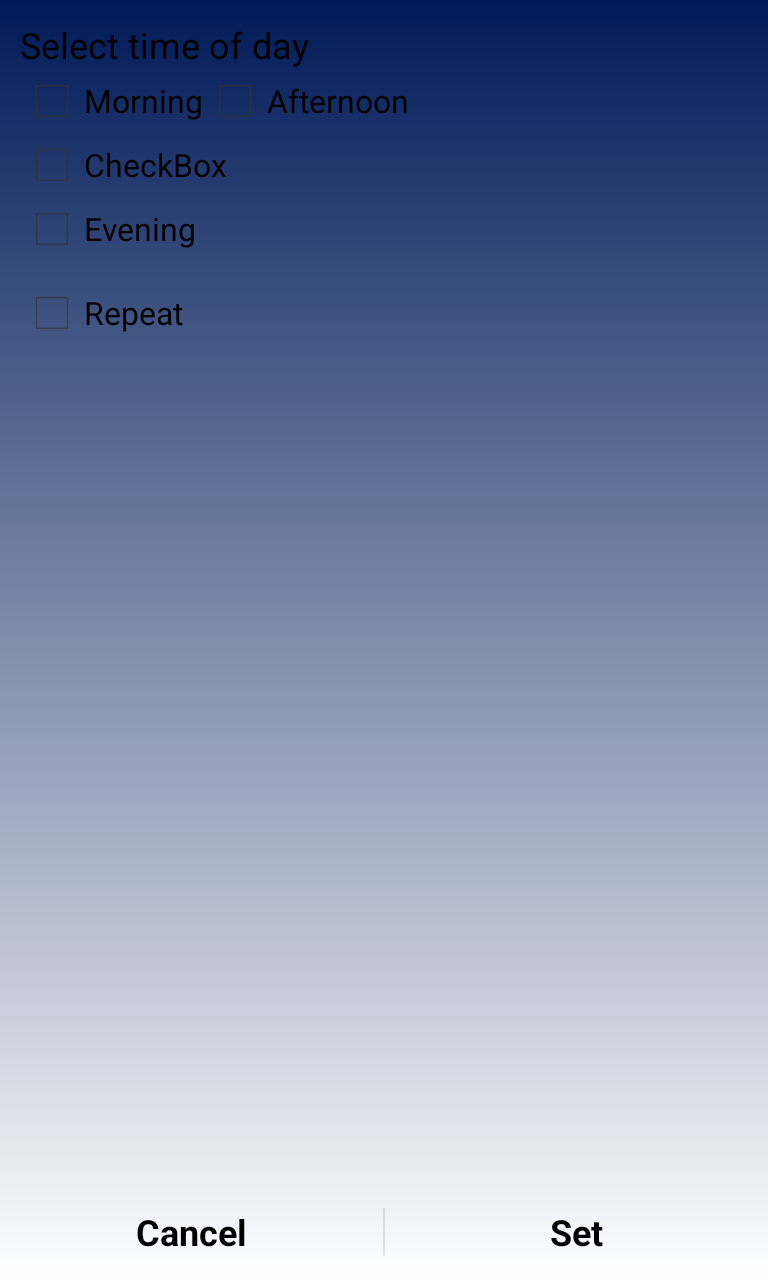
Repository: duke-compsci408-fall2014/GlassRx
Layout: AndroidRx/res/layout/fragment_new_prescription.xml
These files come from the project's save history. The layout is drawn as it stood at one moment and after the next save; the edit follows.
It is drawn on a 768 x 1280 px phone screen (xhdpi) without system bars, with theme AppTheme; the app's code is not run. The app's manifest (not shown) leaves right-to-left support off. So textAlignment, textDirection and layoutDirection are ignored, and left and right values win over start and end ones.

Above is the layout before, as saved 2014-12-10 17:43:09.

After the next save:
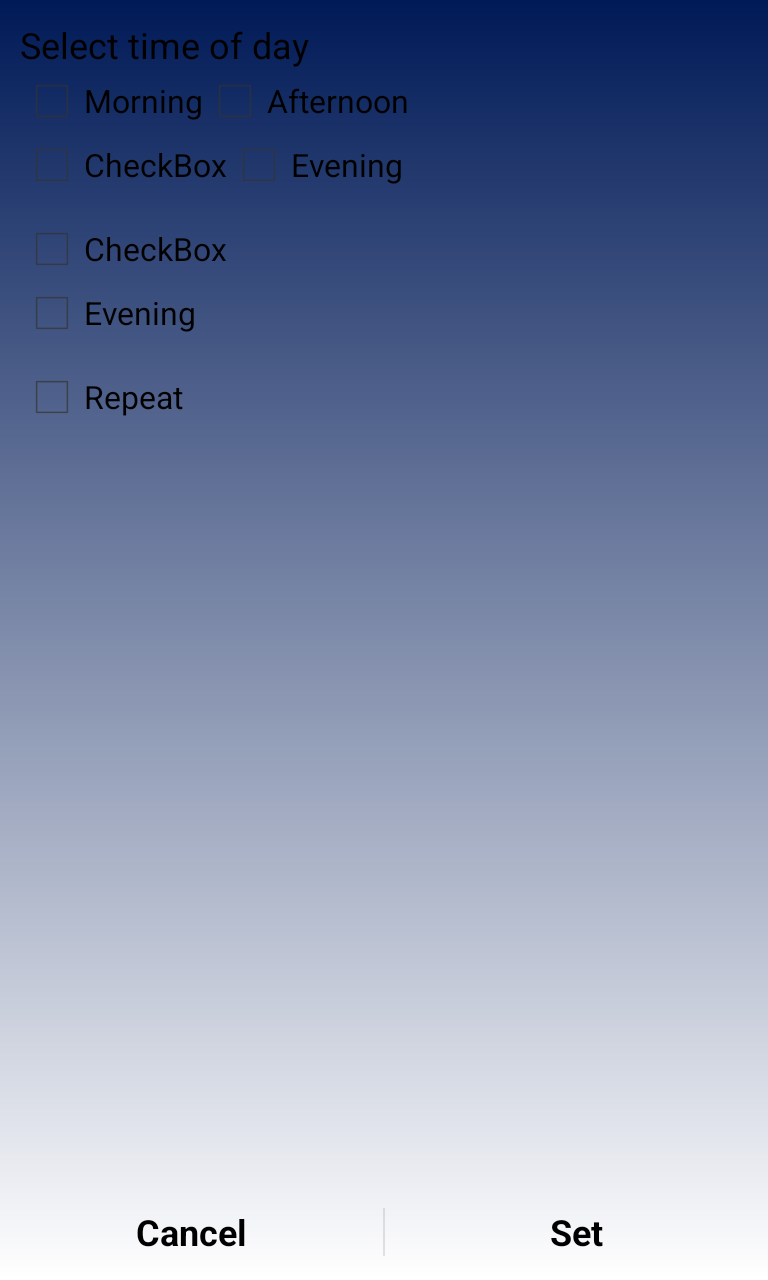
Saved 70 s later.
--- a/AndroidRx/res/layout/fragment_new_prescription.xml
+++ b/AndroidRx/res/layout/fragment_new_prescription.xml
@@ -29,10 +29,10 @@
 	            android:orientation="horizontal">
 
 	            <CheckBox
-		        android:id="@+id/checkbox_morning"
-		        android:layout_width="wrap_content"
-		        android:layout_height="wrap_content"
-		        android:text="@string/morning" />
+			        android:id="@+id/checkbox_morning"
+			        android:layout_width="wrap_content"
+			        android:layout_height="wrap_content"
+			        android:text="@string/morning" />
 
 			    <CheckBox
 			        android:id="@+id/checkbox_afternoon"
@@ -42,7 +42,24 @@
 
 	        </LinearLayout>
 
+	         <LinearLayout
+	            android:layout_width="wrap_content"
+	            android:layout_height="match_parent"
+	            android:orientation="horizontal">
 
+			    <CheckBox
+			        android:id="@+id/checkbox_anytime"
+			        android:layout_width="wrap_content"
+			        android:layout_height="wrap_content"
+			        android:text="CheckBox" />
+
+			    <CheckBox
+			        android:id="@+id/checkbox_evening"
+			        android:layout_width="wrap_content"
+			        android:layout_height="wrap_content"
+		   	        android:layout_marginBottom="10dp"
+			        android:text="@string/evening" />
+		    </LinearLayout>
 
 	    </LinearLayout>
 
